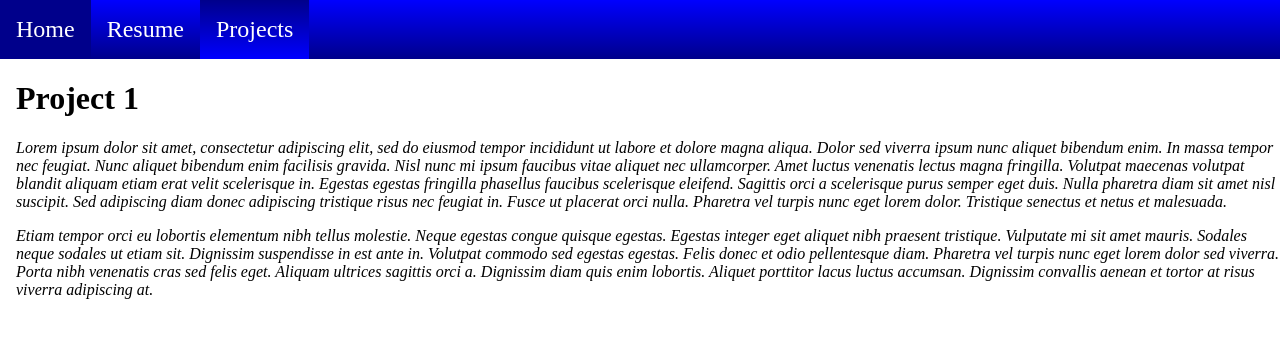
Repository: jason-ward220/jason-ward220.github.io
Page: project1.html
The author's editor kept a record of every edit. The page is drawn from the files as they stood at one moment, then again after the next edit.
The browser window is 1280 px wide. The pictures show the whole page.

Above is the page before.

### project1.html
<!DOCTYPE html>
<html>
    <head>
        <title>Home</title>
        <link rel="stylesheet" type="text/css" href="style.css">
    </head>
    <body>
        <ul class=navbar>
            <li><a href="index.html">Home</a></li>
            <li><a href="resume.html">Resume</a></li>
            <li class=dropdown>
                <div class=active>Projects</div>
                <ul class=dropdown-content>
                    <li><a href="project1.html">Project 1</a></li>
                    <li><a href="project2.html">Project 2</a></li>
                    <li><a href="project3.html">Project 3</a></li>
                </ul>
            </li>
        </ul>

        <h1>Project 1</h1>
        <blockquote>
            <p>
                <i>Lorem ipsum dolor sit amet, consectetur adipiscing elit, sed do eiusmod tempor incididunt ut labore et dolore magna aliqua. Dolor sed viverra ipsum nunc aliquet bibendum enim. In massa tempor nec feugiat. Nunc aliquet bibendum enim facilisis gravida. Nisl nunc mi ipsum faucibus vitae aliquet nec ullamcorper. Amet luctus venenatis lectus magna fringilla. Volutpat maecenas volutpat blandit aliquam etiam erat velit scelerisque in. Egestas egestas fringilla phasellus faucibus scelerisque eleifend. Sagittis orci a scelerisque purus semper eget duis. Nulla pharetra diam sit amet nisl suscipit. Sed adipiscing diam donec adipiscing tristique risus nec feugiat in. Fusce ut placerat orci nulla. Pharetra vel turpis nunc eget lorem dolor. Tristique senectus et netus et malesuada.</i>
            </p>
            <p>
                <i>Etiam tempor orci eu lobortis elementum nibh tellus molestie. Neque egestas congue quisque egestas. Egestas integer eget aliquet nibh praesent tristique. Vulputate mi sit amet mauris. Sodales neque sodales ut etiam sit. Dignissim suspendisse in est ante in. Volutpat commodo sed egestas egestas. Felis donec et odio pellentesque diam. Pharetra vel turpis nunc eget lorem dolor sed viverra. Porta nibh venenatis cras sed felis eget. Aliquam ultrices sagittis orci a. Dignissim diam quis enim lobortis. Aliquet porttitor lacus luctus accumsan. Dignissim convallis aenean et tortor at risus viverra adipiscing at.</i>
            </p>
        </blockquote>

    </body>
</html>

### style.css
/*Navigation Bar*/
.navbar
{
list-style:none;
background-image:linear-gradient(blue,darkBlue);
overflow:hidden;
padding:0;
margin:0;
}
.navbar a, .dropdown div
{
text-decoration:none;
color:white;
font-size:24px;
padding:16px;
display:inline-block;
}
.navbar li
{
float:left;
}
.navbar li:hover
{
background-color:darkBlue;
}
.dropdown-content
{
list-style:none;
padding:0;
display:none;
position:absolute;
z-index:1;
background-color:blue;
}
.dropdown-content li
{
float:none;
}
.dropdown:hover .dropdown-content
{
display:block;
}
.active
{
background-image:linear-gradient(darkBlue, blue);
}

/*Body*/
table, tr, td
{
background-color:rgb(200,200,200);
padding:8px;
border:2px solid black;
border-collapse:collapse;
margin:16px;
}
h1, h2, h3, h4, h5, h6, p
{
margin-left:016px;
}
body
{
margin:0;
}
blockquote
{
padding:0;
margin:0
}
img
{
    max-width: 100%;
    height: auto;
}
.rotateImg180
{
    -webkit-transform:rotate(180deg);
    -moz-transform: rotate(180deg);
    -ms-transform: rotate(180deg);
    -o-transform: rotate(180deg);
    transform: rotate(180deg);
}

After the next edit:
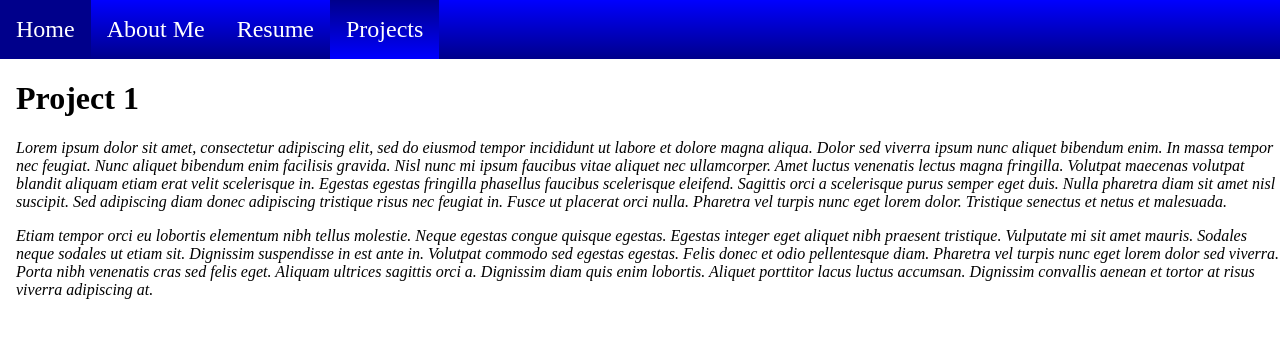
The edit:
--- a/project1.html
+++ b/project1.html
@@ -7,6 +7,7 @@
     <body>
         <ul class=navbar>
             <li><a href="index.html">Home</a></li>
+            <li><a href="aboutMe.html">About Me</a></li>
             <li><a href="resume.html">Resume</a></li>
             <li class=dropdown>
                 <div class=active>Projects</div>
